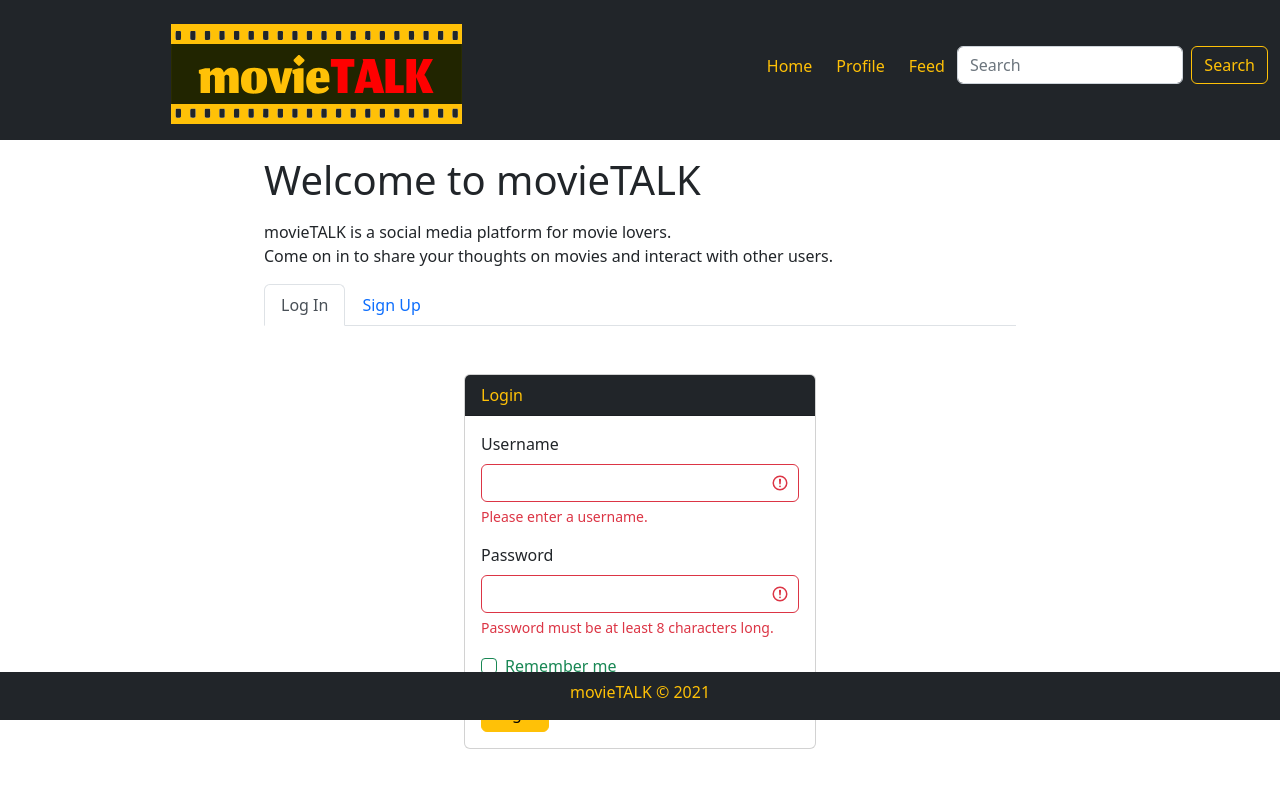
Repository: runeunhjem/css-frameworks-ca
Page: index.html
An editor plug-in stored every save of this project. The page is shown before and after the next save, followed by the edit.
The browser window is 1280 px wide. The pictures show the whole page.
The style sheet was rebuilt from its Sass, Less or Tailwind sources for each picture, by a compiler version that may differ from the author's.

Above is the page before, as saved 2023-08-30 10:52:21.

After the next save:
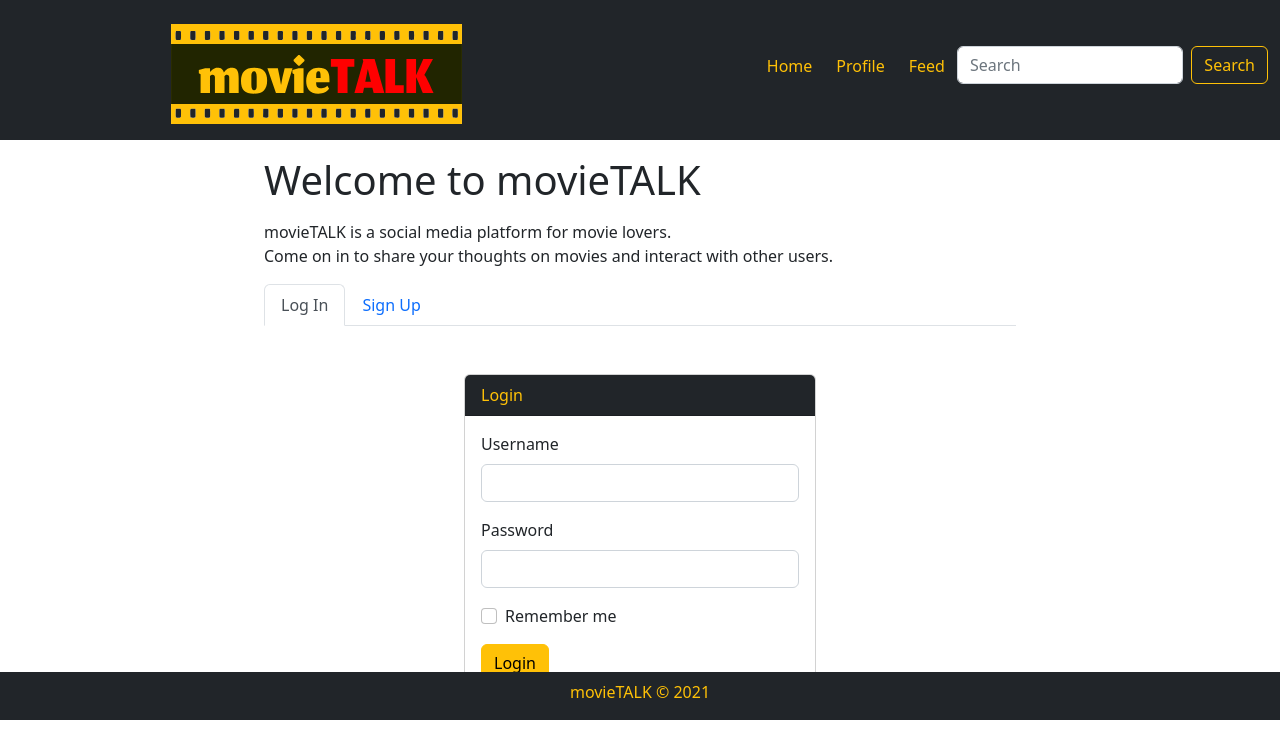
Saved 78 s later.
--- a/index.html
+++ b/index.html
@@ -74,7 +74,7 @@
                           Login
                       </div>
                       <div class="card-body">
-                        <form action="/profile/index.html" method="post" class="was-validated">
+                        <form action="/profile/index.html" method="post" class="">
                           <div class="mb-3">
                             <label for="username" class="form-label">Username</label>
                             <input type="text" class="form-control" id="username" name="username" autocomplete="username" required>
@@ -116,7 +116,7 @@
                         Sign Up
                       </div>
                       <div class="card-body">
-                        <form action="/profile/index.html" method="post" class="was-validated">
+                        <form action="/profile/index.html" method="post" class="">
                           <div class="mb-3">
                             <label for="name" class="form-label">Name</label>
                             <input type="text" class="form-control" id="name" name="name" required>

After the 3 saves that followed:
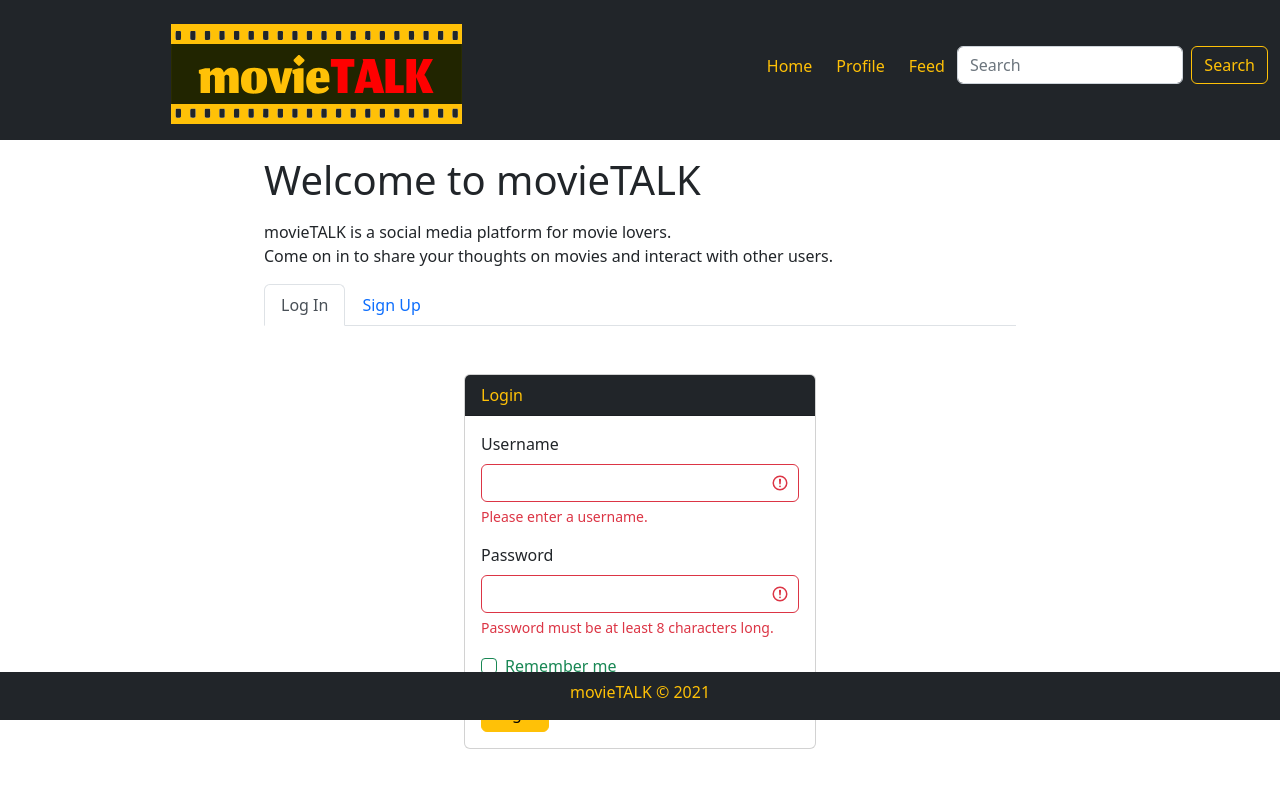
The 3 saves are shown as one change because they came seconds apart.
The last was saved 72 s later.
--- a/index.html
+++ b/index.html
@@ -74,7 +74,7 @@
                           Login
                       </div>
                       <div class="card-body">
-                        <form action="/profile/index.html" method="post" class="">
+                        <form action="/profile/index.html" method="post" class="needs-validation was-validated">
                           <div class="mb-3">
                             <label for="username" class="form-label">Username</label>
                             <input type="text" class="form-control" id="username" name="username" autocomplete="username" required>
@@ -116,7 +116,7 @@
                         Sign Up
                       </div>
                       <div class="card-body">
-                        <form action="/profile/index.html" method="post" class="">
+                        <form action="/profile/" method="post" class="needs-validation was-validated">
                           <div class="mb-3">
                             <label for="name" class="form-label">Name</label>
                             <input type="text" class="form-control" id="name" name="name" required>
